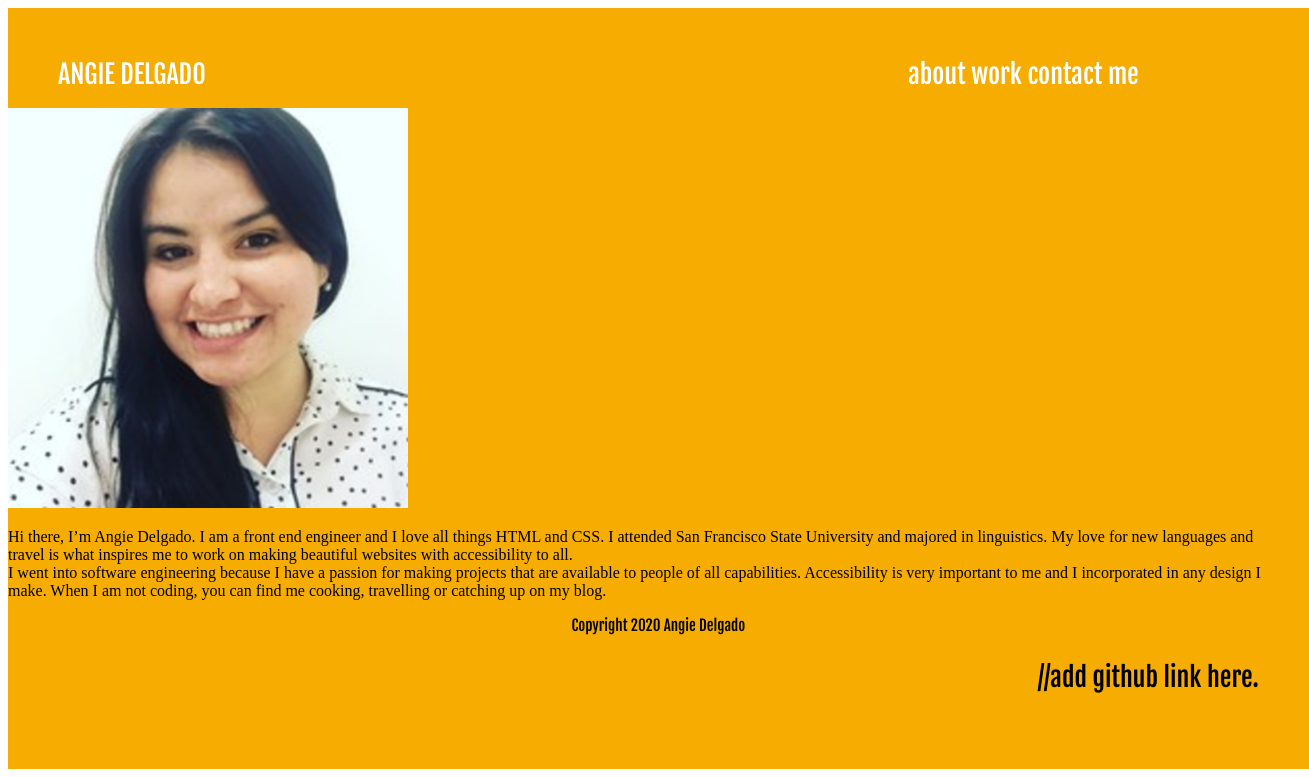
Repository: seleniadelgado/meda-spring2020-angie
Page: projects/portfolio/index.html
An editor plug-in stored every save of this project. The page is shown before and after the next save, followed by the edit.
The browser window is 1280 px wide. The page is 1309 px wide, so the pictures cover 1309 px, including what lies to the right of the window. The pictures show the whole page.

Above is the page before, as saved 2020-03-02 11:10:48.

After the next save:
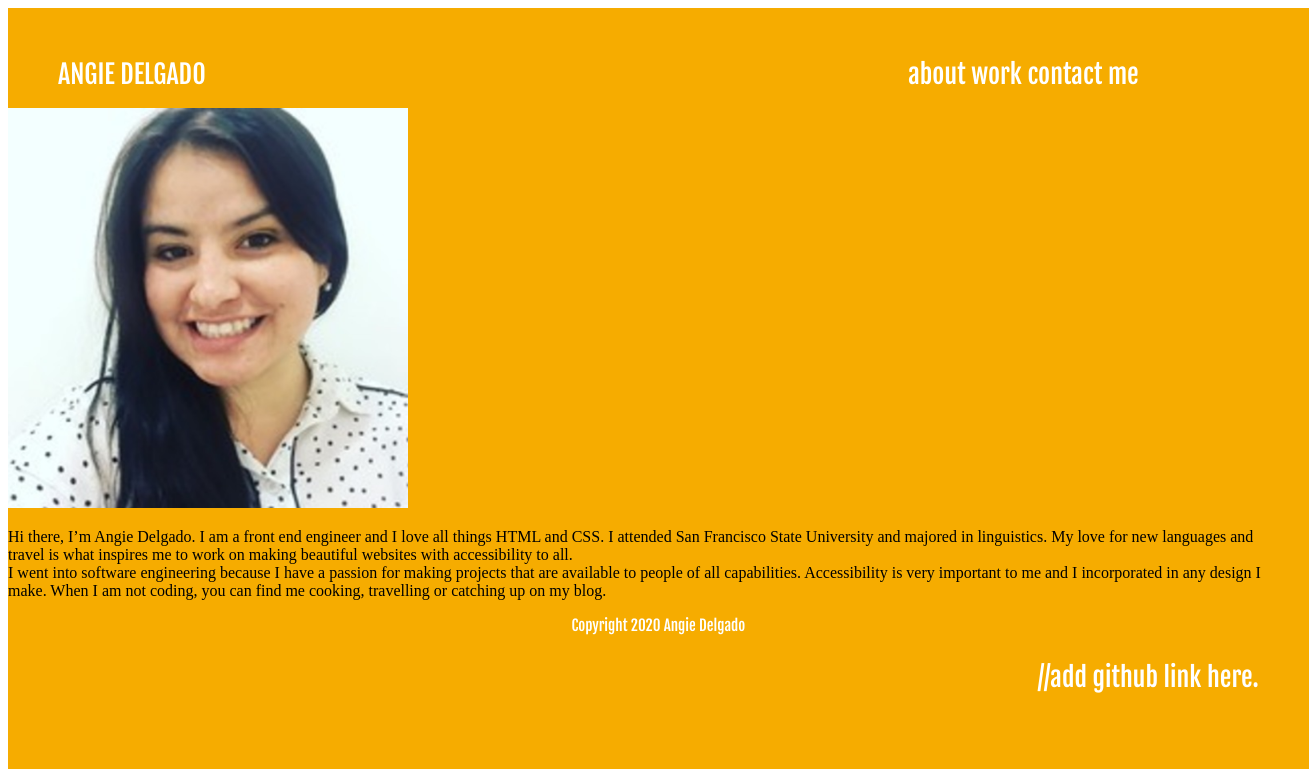
Saved 81 s later.
--- a/projects/portfolio/styles.css
+++ b/projects/portfolio/styles.css
@@ -45,7 +45,8 @@
 
 }
 #aboutMeParagraph {
-}
+ height: 100;
+
 }
 
 

After the 3 saves that followed:
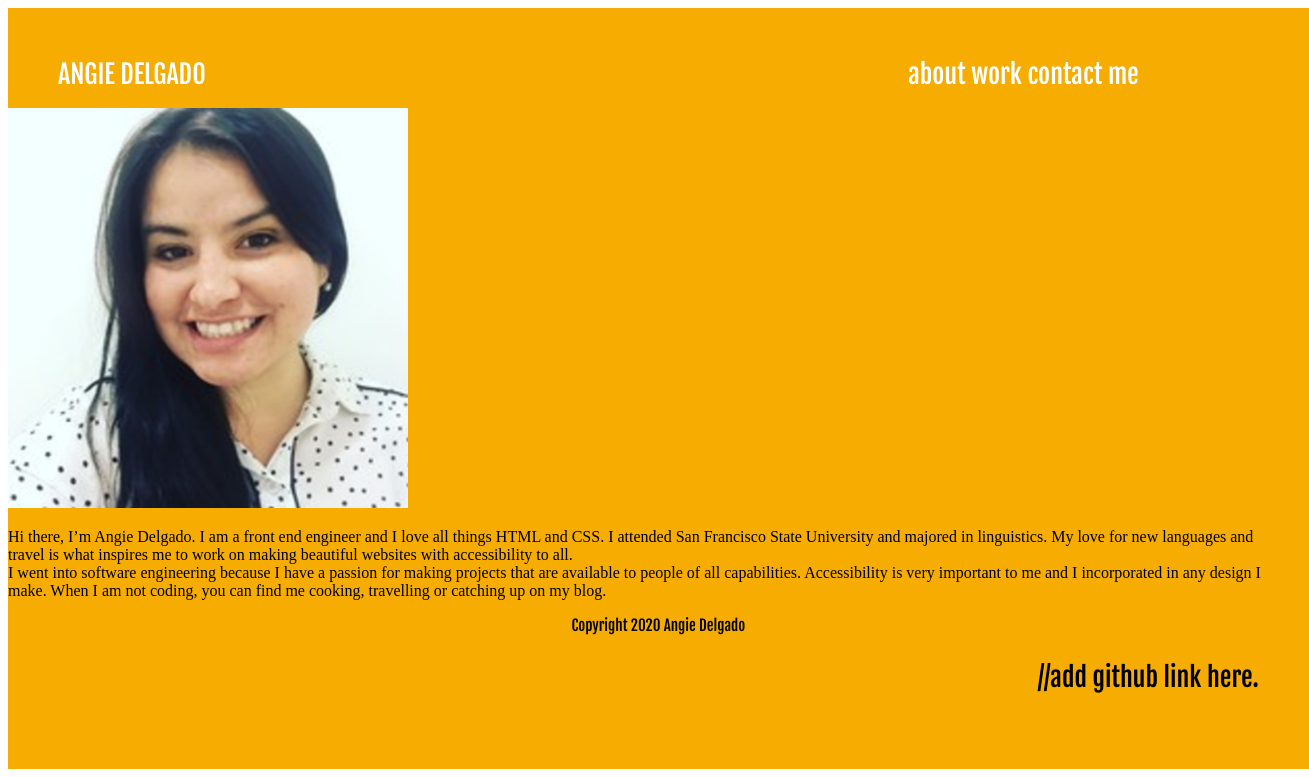
The 3 saves are shown as one change because 2 left the picture as it was.
The last was saved 20 s later.
--- a/projects/portfolio/styles.css
+++ b/projects/portfolio/styles.css
@@ -39,13 +39,8 @@
 /* About me starts */
 .aboutMe {
     float: left;
-    height: 100;
-    margin: 0;
+}
 
-
-}
-#aboutMeParagraph {
- height: 100;
 
 }
 
